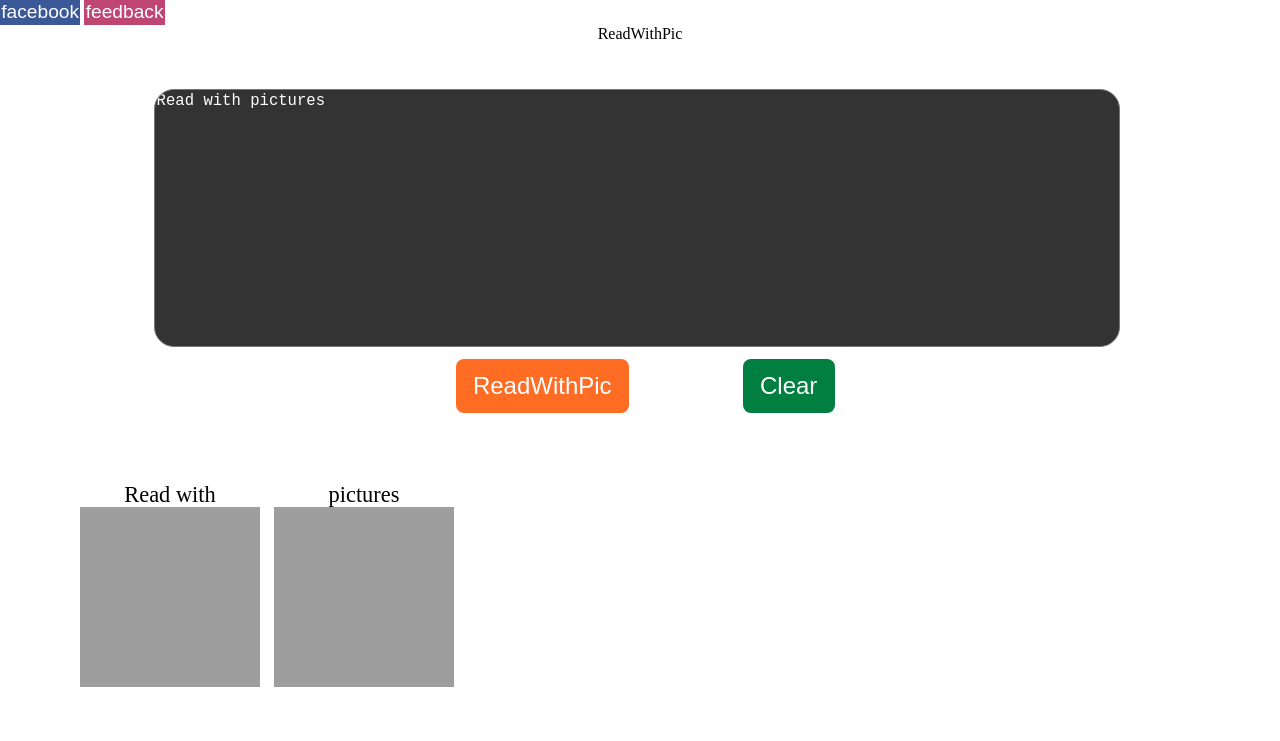
Repository: readwithpic/readwithpic.github.io
Page: index.html
The author's editor kept a record of every edit. The page is drawn from the files as they stood at one moment, then again after the next edit.
The browser window is 1280 px wide. The pictures show the whole page.
Pictures or frames that could not be fetched are drawn as grey boxes. Some web libraries are served in a nearby version.

Above is the page before.
Console error: TypeError: Cannot read properties of undefined (reading 'length')

After the next edit:
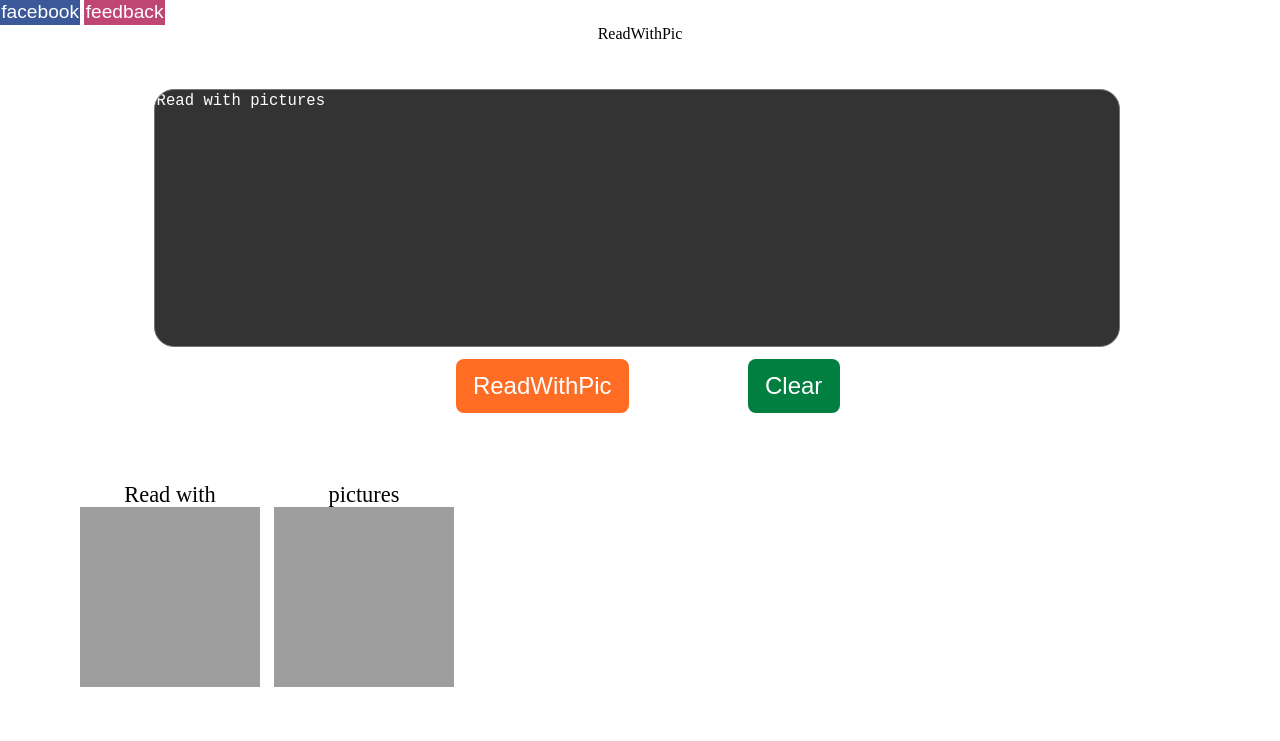
The edit:
--- a/style.css
+++ b/style.css
@@ -247,7 +247,8 @@
 
 #clear{
     position:absolute;
-    margin-left:114px;
+    display:inline-block;
+    margin-left:119px;
     text-align:center;
     background-color: #007F41;
    -webkit-border-radius: 8px;
